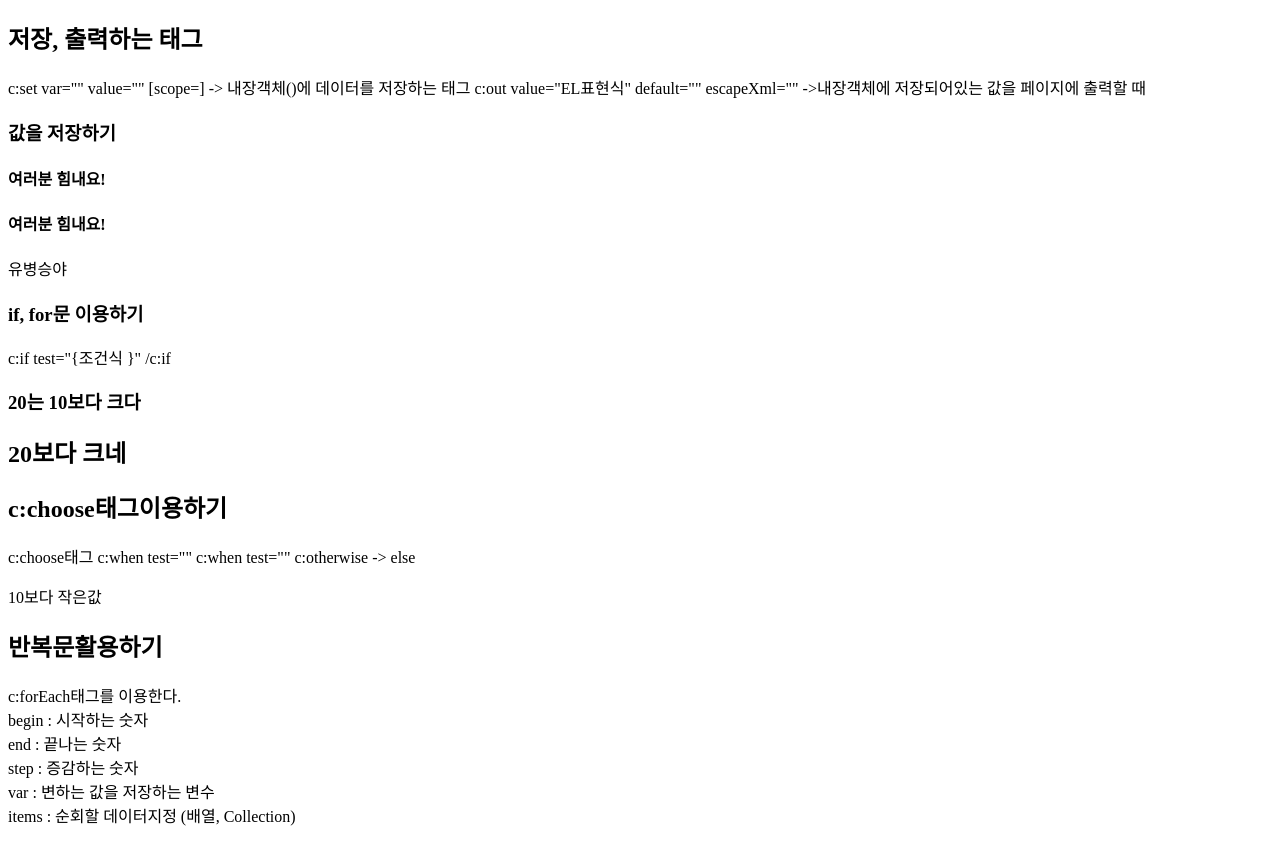
Repository: simjiho/week
Page: http://localhost/el_jstl/views/jstl/02_controltag.jsp
These files come from the project's save history. The page is drawn as it stood at one moment and after the next save; the edit follows.
The browser window is 1280 px wide. The pictures show the whole page.
The page is served by Tomcat 9. Other server files are loaded and not shown.

Above is the page before, as saved 2024-04-20 06:42:49.

### workspace/el_jstl/src/main/webapp/views/jstl/02_controltag.jsp
<%@ page language="java" contentType="text/html; charset=UTF-8"
    pageEncoding="UTF-8"%>
<%@ taglib prefix="c" uri="http://java.sun.com/jsp/jstl/core" %>
<!DOCTYPE html>
<html>
<head>
<meta charset="UTF-8">
<title>코어태그 사용하기</title>
</head>
<body>
	<h2>저장, 출력하는 태그</h2>
	<p>
		c:set var="" value="" [scope=] -> 내장객체()에 데이터를 저장하는 태그
		c:out value="EL표현식" default="" escapeXml="" ->내장객체에 저장되어있는 값을 페이지에 출력할 때 <br>
	</p>
	<h3>값을 저장하기</h3>
	<c:set var="comment" value="여러분 힘내요!"/>
	<h4><c:out value="${comment}"/></h4>
	<h4>${comment}</h4>
	<c:set var="test" value="<script>alert('짠!');</script>"/>
	<p><c:out value="${test }" escapeXml="false"/></p>
	<c:set var="bs" value="유병승"/>
	<p><c:out value="${bs }" default="bs없어!"/>야</p>


	<h3>if, for문 이용하기</h3>
	<p>
		c:if test="{조건식 }" /c:if
	</p>

	<c:set var="su" value="20"/>
	<%-- <%if(pageContext.getAttribute("su")>10) { %>

	<% } %> --%>

	<c:if test="${su>10 }">
		<h3><c:out value="${su }"/>는 10보다 크다</h3>
	</c:if>
	<c:if test="${su<10 }">
		<h3><c:out value="${su }"/>는 10보다 크다</h3>
	</c:if>
	<c:if test="${su>5 }">
		<c:if test="${su>10 }">
			<h2>20보다 크네</h2>
		</c:if>
	</c:if>

	<h2>c:choose태그이용하기</h2>
	<p>
		c:choose태그
			c:when test=""
			c:when test=""
			c:otherwise -> else
	</p>

	<c:set var="su2" value="5"/>


	<c:choose>
		<c:when test="${su2<10 }">
			<p>10보다 작은값</p>
		</c:when>
		<c:when test="${su2<15 }">
			<p>15보다 작은값</p>
		</c:when>
		<c:otherwise>
			<p>10보다 작지않고 15보다도 작지않은값</p>
		</c:otherwise>
	</c:choose>

	<h2>반복문활용하기</h2>
	<p>
		c:forEach태그를 이용한다. <br>
		begin : 시작하는 숫자 <br>
		end : 끝나는 숫자 <br>
		step : 증감하는 숫자 <br>
		var : 변하는 값을 저장하는 변수 <br>
		items : 순회할 데이터지정 (배열, Collection)

	</p>

</body>
</html>

After the next save:
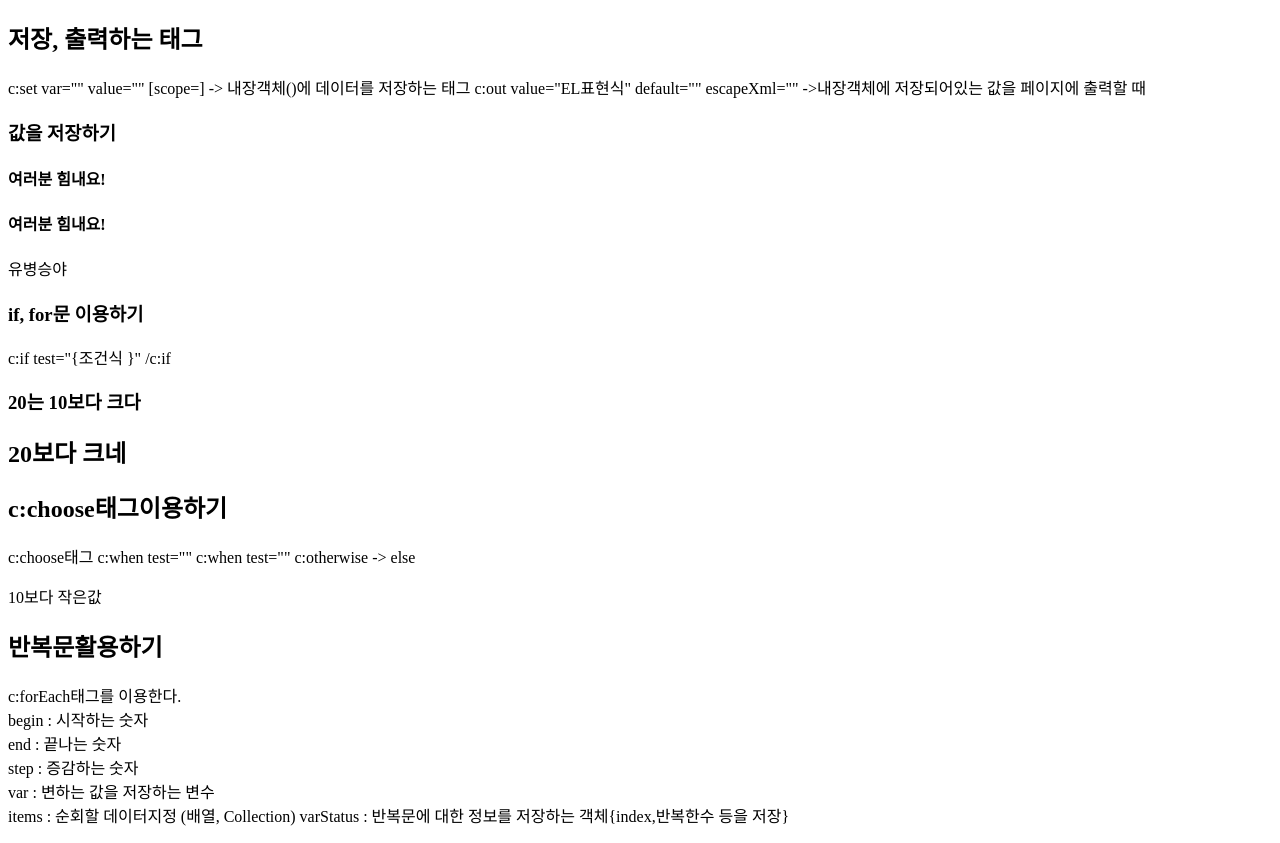
Saved 110 s later.
--- a/workspace/el_jstl/src/main/webapp/views/jstl/02_controltag.jsp
+++ b/workspace/el_jstl/src/main/webapp/views/jstl/02_controltag.jsp
@@ -76,7 +76,7 @@
 		step : 증감하는 숫자 <br>
 		var : 변하는 값을 저장하는 변수 <br>
 		items : 순회할 데이터지정 (배열, Collection)
-
+		varStatus : 반복문에 대한 정보를 저장하는 객체{index,반복한수 등을 저장}
 	</p>
 
 </body>
